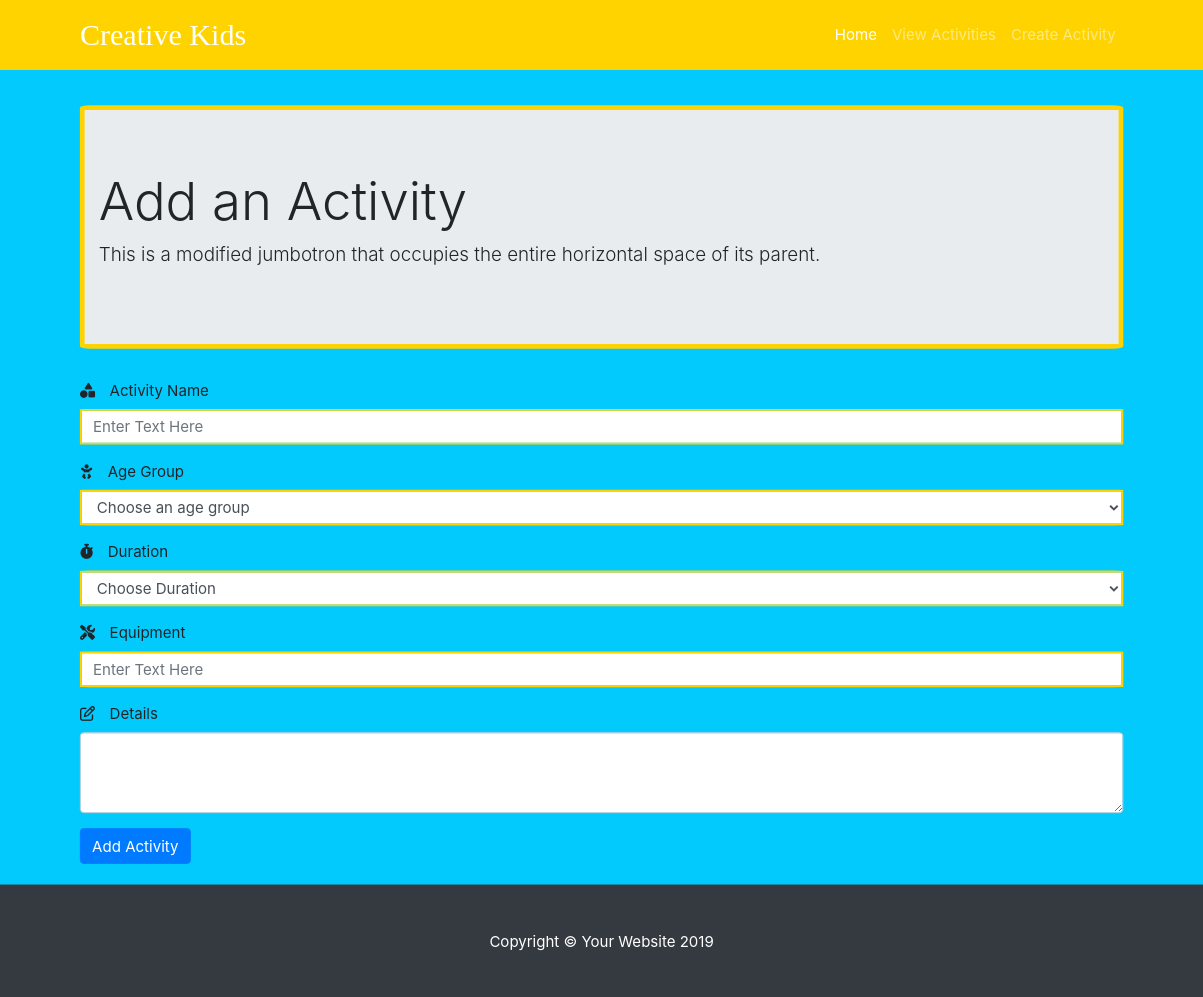
Repository: Neilfoster/milestone_project_3
Page: http://localhost/add_activity
The author's editor kept a record of every edit. The page is drawn from the files as they stood at one moment, then again after the next edit.
The browser window is 1280 px wide. The pictures show the whole page, at 94% of full size.
Some web fonts or font styles are not loaded; a fallback is used. Some web libraries are served in a nearby version. The page is served by the project's application, run on Flask 3 (app.py). Queries for data that is not in the repository find no rows.

Above is the page before.

### templates/add_activity.html
{% extends "base.html" %} {% block content %}
<div class="container">
    <!-- Heading -->
    <div class="jumbotron jumbotron-fluid cstm_jumb">
        <div class="container">
            <h1 class="display-4">Add an Activity</h1>
            <p class="lead">This is a modified jumbotron that occupies the entire horizontal space of its parent.</p>
        </div>
    </div>

    <!--forum -->
    <form action="{{url_for('insert_activity')}}" method="POST">
        <div class="form-group">
            <i class="fas fa-shapes fa-1x "></i>
            <label class="forum_text" for="activity_name">Activity Name</label>
            <input type="text" class="form-control add_forum" id="activity_name" name="activity_name" placeholder="Enter Text Here" required>
        </div>
        <div class="form-group">
            <i class="fas fa-baby "></i>
            <label class="forum_text" for="age_group">Age Group</label>
            <select class="form-control add_forum" id="age_group" name="age_group" required>
               <option value="" disabled selected>Choose an age group</option>
               {% for age in ages %}
               <option value="{{age.age_group.capitalize()}}">{{age.age_group.capitalize()}}</option>
               {% endfor %}
            </select>
        </div>
        <div class="form-group">
            <i class="fas fa-stopwatch "></i>
            <label class="forum_text" for="activity_duration">Duration</label>
            <select class="form-control add_forum" id="activity_duration" name="activity_duration" required>
                <option value="" disabled selected>Choose Duration</option>
                {% for duration in durations %}
                 <option value="{{duration.activity_duration.capitalize()}}">{{duration.activity_duration.capitalize()}}</option>
                {% endfor %}
            </select>
        </div>
        <div class="form-group">
            <i class="fas fa-tools "></i>
            <label class="forum_text" for="equipment">Equipment</label>
            <input type="text" class="form-control add_forum" id="equipment" name="equipment" placeholder="Enter Text Here" required>
        </div>

        <div class="form-group">
            <i class="far fa-edit "></i>
            <label class="forum_text" for="details">Details</label>
            <textarea class="form-control" id="details" name="details" rows="3" required></textarea>
        </div>

        <button class="btn btn-primary my_button" type="submit" name="action">Add Activity</button>
</div>
</form>
{% endblock %}

### templates/base.html
<!DOCTYPE html>
<html lang="en">

<head>

  <meta charset="utf-8">
  <meta name="viewport" content="width=device-width, initial-scale=1, shrink-to-fit=no">
  <meta name="description" content="">
  <meta name="author" content="">

  <title>Creative Kids</title>

  <!-- Bootstrap core CSS -->
  <link href="static/css/bootstrap.min.css" rel="stylesheet">

  <!-- CDN for Bootstrap core CSS -->
  <!-- <link rel="stylesheet" href="https://stackpath.bootstrapcdn.com/bootstrap/4.3.1/css/bootstrap.min.css" type="text/css" /> -->

  <!-- Custom styles for this template -->
  <link href="static/css/small-business.css" rel="stylesheet">

  <!-- Custom styles-->
  <link href="static/css/style.css" rel="stylesheet">

  <!-- Google Fonts-->
  <link href="https://fonts.googleapis.com/css?family=Butterfly+Kids&display=swap" rel="stylesheet">

</head>

<body>

  <!-- Navigation -->
  <nav class="navbar navbar-expand-lg navbar-dark fixed-top cstmnav">
    <div class="container">
      <a class="navbar-brand nav_txt" href="{{url_for('get_activities')}}">Creative Kids</a>
      <button class="navbar-toggler" type="button" data-toggle="collapse" data-target="#navbarResponsive" aria-controls="navbarResponsive" aria-expanded="false" aria-label="Toggle navigation">
        <span class="navbar-toggler-icon"></span>
      </button>
      <div class="collapse navbar-collapse" id="navbarResponsive">
        <ul class="navbar-nav ml-auto">
          <li class="nav-item active">
            <a class="nav-link" href="{{url_for('get_activities')}}">Home
              <span class="sr-only">(current)</span>
            </a>
          </li>
          <li class="nav-item">
            <a class="nav-link" href="{{url_for('activity_view')}}">View Activities</a>
          </li>
          <li class="nav-item">
            <a class="nav-link" href="{{url_for('add_activity')}}">Create Activity</a>
          </li>

        </ul>
      </div>
    </div>
  </nav>

  {% block content %} {% endblock %}



  <!-- Footer -->
  <footer class="py-5 bg-dark">
    <div class="container">
      <p class="m-0 text-center text-white">Copyright &copy; Your Website 2019</p>
    </div>
    <!-- /.container -->
  </footer>


  <!-- Bootstrap core JavaScript -->
  <script src="static/js/jquery.min.js"></script>
  <script src="static/js/bootstrap.bundle.min.js"></script>

<!-- Font Awesome js-->
  <script src="https://kit.fontawesome.com/8aa891fdce.js" crossorigin="anonymous"></script>
</body>

</html>

### app.py
import os
from flask import Flask, render_template, redirect, request, url_for, jsonify
from flask_pymongo import PyMongo, pymongo
from bson.objectid import ObjectId

app = Flask(__name__)

app.config["MONGO_DBNAME"] = 'milestoneproject3me'
app.config["MONGO_URI"] = os.environ.get('mongo_uri')

mongo = PyMongo(app)

@app.route('/')
@app.route('/get_activities')
def get_activities():
    return render_template("home.html",
    activities=mongo.db.Activities.find())

@app.route('/activity_view')
def activity_view():
    # activities=mongo.db.Activities.find().limit(6)

    ages = mongo.db.ages.find()
    durations = mongo.db.duration.find()

    user_supplied_age_group = request.form['age_group']
    user_supplied_activity_duration = request.form['activity_duration']


    activities = mongo.db.Activities.find(
           {
            'age_group': user_supplied_age_group,
            'activity_duration': user_supplied_activity_duration
           }
    )

    return render_template('activity_view.html', ages, durations, activities)


@app.route('/add_activity', methods=['POST', 'GET'])
def add_activity():
    return render_template('add_activity.html',
    ages=mongo.db.ages.find(),
    durations=mongo.db.duration.find())

@app.route('/insert_activity', methods=['POST'])
def insert_activity():
    activities=mongo.db.Activities
    activities.insert_one(request.form.to_dict())
    return redirect(url_for('activity_view'))


if __name__ == "__main__":
    app.run(host=os.environ.get('IP'),
        port=int(os.environ.get('PORT')),
        debug=True)

### static/css/style.css
body {
    background-color: #03cafc;

}

.forum_text {
    margin-left: 1%;
}

.my_button{
    margin-bottom: 2%;
}

.cstmnav{
    background-color: #ffd300;
}

.cstm_jumb{
    border: 5px solid #ffd300;
    border-radius:1%;
    margin-top: 5%;
}

.cstm_select {
    border: 2px solid #ffd300;
    border-radius:1%;
    margin-top:1%;
    margin-bottom: 1%;
}

.cstm_card {
    border: 2px solid #ffd300;
    border-radius:1%;
    margin:1%;
}

.cstm_jumb_home{
    background-color: #ffd300;
}

.nav_txt {
    font-size:2rem;
    font-family: 'Butterfly Kids', cursive;
}

.home_title {
    font-family: 'Butterfly Kids', cursive;
    font-size:3rem;
}

.add_forum {
     border: 2px solid #ffd300;
    border-radius:1%;
}

.add_title {
    font-family: 'Butterfly Kids', cursive;
    font-size: 4rem;
}

.crd_img {
    height: 5%;
    width: 5%;
}

Loaded but not shown: static/css/bootstrap.min.css (library); static/css/small-business.css (common file); static/js/jquery.min.js (library); static/js/bootstrap.bundle.min.js (library)

After the next edit:
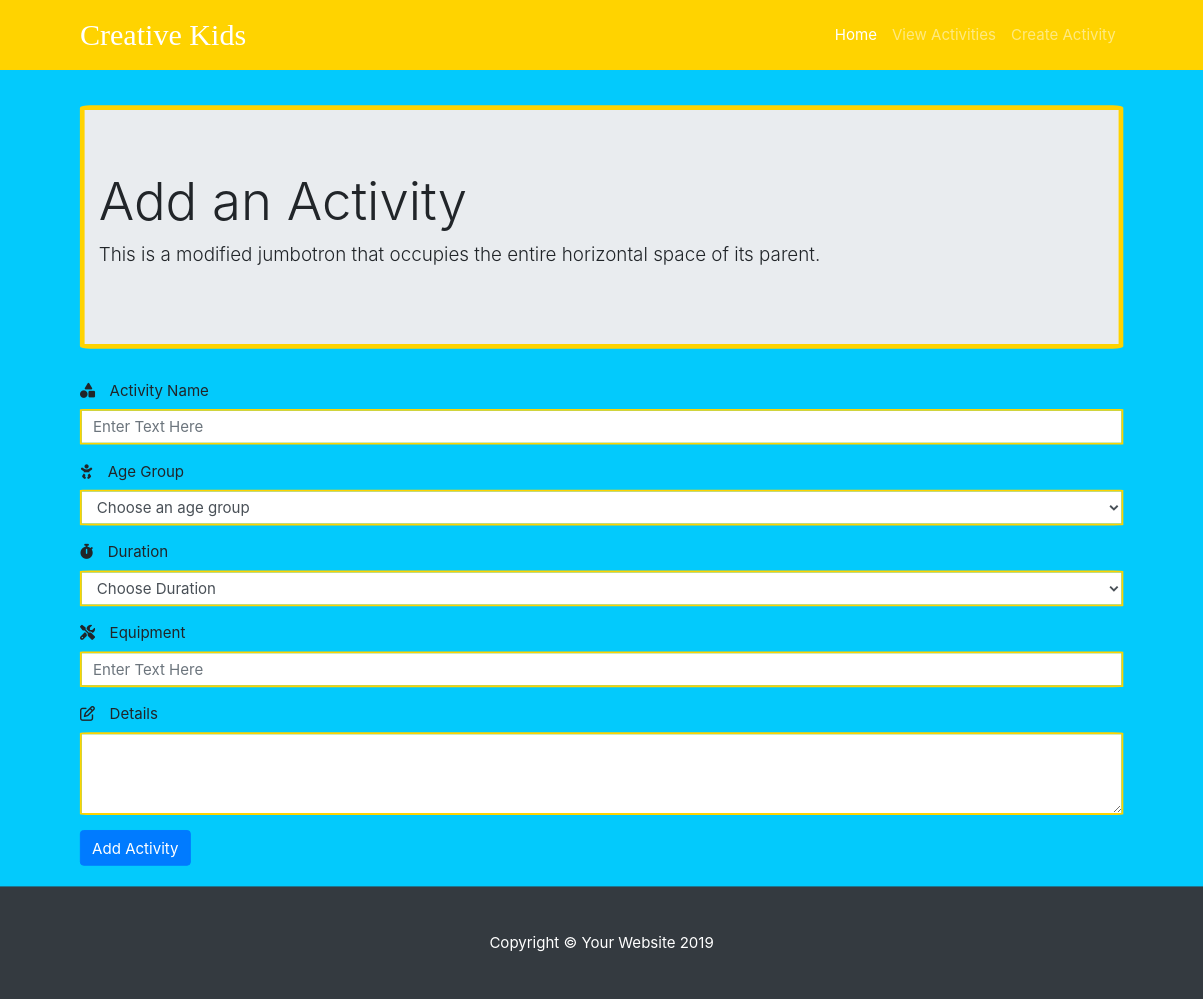
The edit:
--- a/templates/add_activity.html
+++ b/templates/add_activity.html
@@ -44,7 +44,7 @@
         <div class="form-group">
             <i class="far fa-edit "></i>
             <label class="forum_text" for="details">Details</label>
-            <textarea class="form-control" id="details" name="details" rows="3" required></textarea>
+            <textarea class="form-control add_forum" id="details" name="details" rows="3" required></textarea>
         </div>
 
         <button class="btn btn-primary my_button" type="submit" name="action">Add Activity</button>
